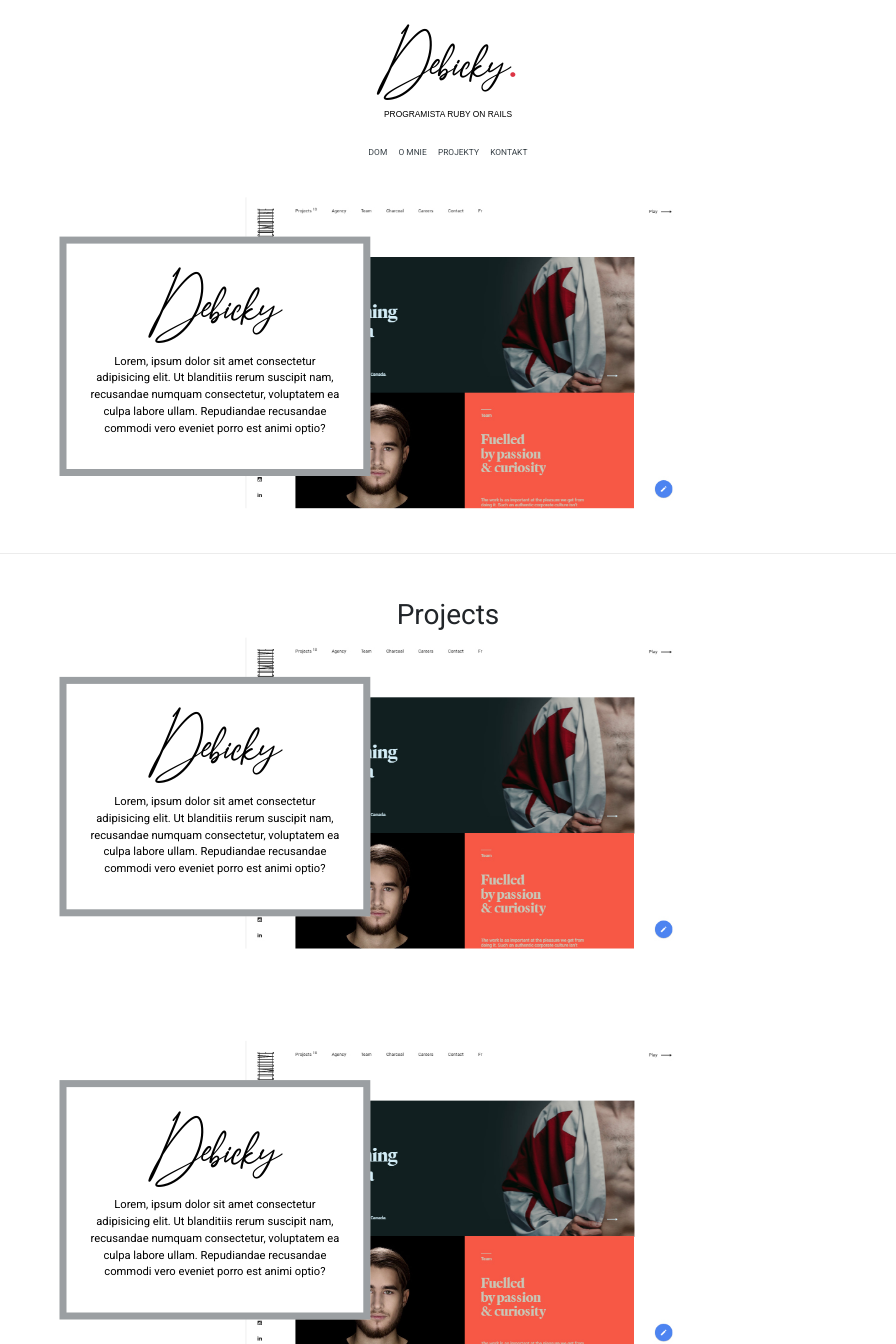
Repository: debicky/debicky.github.io
Page: index.html
An editor plug-in stored every save of this project. The page is shown before and after the next save, followed by the edit.
The browser window is 1280 px wide. The pictures show the part of the page from y = 0 to 1920 px (the page is 3491 px tall), at 70% of full size.
Some web fonts or font styles are not loaded; a fallback is used. Some web libraries are served in a nearby version.

Above is the page before, as saved 2020-06-10 12:34:20.

### index.html
<!DOCTYPE html>
<html lang="en">
<head>
  <meta charset="UTF-8">
  <meta name="viewport" content="width=device-width, initial-scale=1.0">
  <title>Debicky</title>
  <link rel="stylesheet" href="https://stackpath.bootstrapcdn.com/bootstrap/4.5.0/css/bootstrap.min.css" integrity="sha384-9aIt2nRpC12Uk9gS9baDl411NQApFmC26EwAOH8WgZl5MYYxFfc+NcPb1dKGj7Sk" crossorigin="anonymous">
  <link rel="stylesheet" href="https://cdnjs.cloudflare.com/ajax/libs/font-awesome/5.11.2/css/all.min.css">
  <link rel="stylesheet" href="styles.css">
</head>
<body>


  <header>
    <a href="index.html">
      <div class="signature">
        <h5 class="signature-heading">Debicky<span class="text-danger font-weight-bolder">.</span></h5>
        <h3 class="signature-subhead">Programista Ruby on Rails</h3>
      </div>
    </a>
  </header>

  <div class="container">
    <nav class="navbar navbar-expand-md p-0 rounded">
      <button class="navbar-toggler" type="button" data-toggle="collapse" data-target="#navbarSupportedContent" aria-controls="navbarSupportedContent" aria-expanded="false" aria-label="Toggle navigation">
        <i class="fas fa-bars"></i>
        <i class="fas fa-times"></i>
      </button>

      <div class="collapse navbar-collapse d-md-flex justify-content-center" id="navbarSupportedContent">
        <ul class="navbar-nav">
          <li class="nav-item active">
            <a class="nav-link" href="index.html">Dom</a>
          </li>
          <li class="nav-item">
            <a class="nav-link" href="#">O mnie</a>
          </li>
          <li class="nav-item">
            <a class="nav-link" href="#">Projekty</a>
          </li>
          <li class="nav-item">
            <a class="nav-link" href="#">Kontakt</a>
          </li>
        </ul>
      </div>
    </nav>
  </div>

  <section class="about py-5">
    <div class="container">
      <div class="about-content">
        <div class="about-description">
          <div class="signature">
            <h5 class="signature-heading">Debicky</h5>
            <p>Lorem, ipsum dolor sit amet consectetur adipisicing elit. Ut blanditiis rerum suscipit nam, recusandae numquam consectetur, voluptatem ea culpa labore ullam. Repudiandae recusandae commodi vero eveniet porro est animi optio?</p>
          </div>
        </div>
        <div class="about-image">
          <a href="/images/1.jpeg">
            <img src="/images/2.jpeg" alt="img1">
          </a>
        </div>
      </div>
    </div>
  </section>

  <hr>

  <section class="projects py-5">
    <div class="container">
      <h1 class="text-center">Projects</h1>

      <div class="project-1">
        <div class="about-content">
          <div class="about-description">
            <div class="signature">
              <h5 class="signature-heading">Debicky</h5>
              <p>Lorem, ipsum dolor sit amet consectetur adipisicing elit. Ut blanditiis rerum suscipit nam, recusandae numquam consectetur, voluptatem ea culpa labore ullam. Repudiandae recusandae commodi vero eveniet porro est animi optio?</p>
            </div>
          </div>
          <div class="about-image">
            <a href="/images/1.jpeg">
              <img src="/images/2.jpeg" alt="img1">
            </a>
          </div>
        </div>
      </div>
      <div class="project-1">
        <div class="about-content">
          <div class="about-description">
            <div class="signature">
              <h5 class="signature-heading">Debicky</h5>
              <p>Lorem, ipsum dolor sit amet consectetur adipisicing elit. Ut blanditiis rerum suscipit nam, recusandae numquam consectetur, voluptatem ea culpa labore ullam. Repudiandae recusandae commodi vero eveniet porro est animi optio?</p>
            </div>
          </div>
          <div class="about-image">
            <a href="/images/1.jpeg">
              <img src="/images/2.jpeg" alt="img1">
            </a>
          </div>
        </div>
      </div>
      <div class="project-1">
        <div class="about-content">
          <div class="about-description">
            <div class="signature">
              <h5 class="signature-heading">Debicky</h5>
              <p>Lorem, ipsum dolor sit amet consectetur adipisicing elit. Ut blanditiis rerum suscipit nam, recusandae numquam consectetur, voluptatem ea culpa labore ullam. Repudiandae recusandae commodi vero eveniet porro est animi optio?</p>
            </div>
          </div>
          <div class="about-image">
            <a href="/images/1.jpeg">
              <img src="/images/2.jpeg" alt="img1">
            </a>
          </div>
        </div>
      </div>
      <div class="project-1">
        <div class="about-content">
          <div class="about-description">
            <div class="signature">
              <h5 class="signature-heading">Debicky</h5>
              <p>Lorem, ipsum dolor sit amet consectetur adipisicing elit. Ut blanditiis rerum suscipit nam, recusandae numquam consectetur, voluptatem ea culpa labore ullam. Repudiandae recusandae commodi vero eveniet porro est animi optio?</p>
            </div>
          </div>
          <div class="about-image">
            <a href="/images/1.jpeg">
              <img src="/images/2.jpeg" alt="img1">
            </a>
          </div>
        </div>
      </div>

    </div>
  </section>


  <footer class="py-5">
    <div class="container">
      <div class="row">
        <div class="col-12 col-md-5 col-lg-4 mb-5 mb-md-0">
          <a href="index.html">
            <div class="signature-footer">
              <h5 class="signature-footer-heading">Debicky<span class="text-danger font-weight-bolder">.</span></h5>
              <h3 class="signature-footer-subhead">Programista Ruby on Rails</h3>
            </div>
          </a>
          <small class="d-block mt-2 text-muted">&copy; 2020</small>
        </div>
        <div class="col-12 col-md-5 col-lg-4 mb-5 mb-md-0">
          <h5 class="text-uppercase">Media</h5>
          <ul class="list-unstyled mb-0">
            <li>
              <a href="https://www.facebook.com/artur.debicki.5" class="text-muted">Facebook</a>
            </li>
            <li>
              <a href="https://www.instagram.com/debicky" class="text-muted">Instagram</a>
            </li>
            <li>
              <a href="https://github.com/debicky" class="text-muted">Github</a>
            </li>
          </ul>
        </div>
        <div class="col-12 col-md-5 col-lg-4">
          <h5 class="text-uppercase">Kontakt</h5>
              <ul class="list-unstyled text-small mb-0">
                <li>
                  <a href="mailto:arturd444@gmail.com" class="text-muted">arturd444@gmail.com</a>
                </li>
                <li>
                  <p class="text-muted">+48 692 138 221</p>
                </li>
              </ul>
        </div>
      </div>
    </div>
  </footer>



  <script src="https://code.jquery.com/jquery-3.5.1.slim.min.js" integrity="sha384-DfXdz2htPH0lsSSs5nCTpuj/zy4C+OGpamoFVy38MVBnE+IbbVYUew+OrCXaRkfj" crossorigin="anonymous"></script>
  <script src="https://cdn.jsdelivr.net/npm/popper.js@1.16.0/dist/umd/popper.min.js" integrity="sha384-Q6E9RHvbIyZFJoft+2mJbHaEWldlvI9IOYy5n3zV9zzTtmI3UksdQRVvoxMfooAo" crossorigin="anonymous"></script>
  <script src="https://stackpath.bootstrapcdn.com/bootstrap/4.5.0/js/bootstrap.min.js" integrity="sha384-OgVRvuATP1z7JjHLkuOU7Xw704+h835Lr+6QL9UvYjZE3Ipu6Tp75j7Bh/kR0JKI" crossorigin="anonymous"></script>
  <script src="script.js"></script>

</body>
</html>

### styles.css
@import url('https://fonts.googleapis.com/css?family=Playfair+Display+SC|Roboto:300,400&display=swap');

@font-face {
  font-family: "AmostelySignature";
  src: url("/fonts/AmostelySignature.ttf");
  }

body, html {
  font-family: "Roboto", sans-serif;
}

a:hover {
  text-decoration: none;;
}

/* Heading & nav  */

header{
  height: 200px;
  width: 100%;
  display: flex;
  align-items: center;
  justify-content: center;
}

.signature{
  color: black;
  text-align: center;
  user-select: none;
}


.signature-heading{
  font-family: 'AmostelySignature', cursive;
  font-size: 80px;
  margin-bottom: 30px;
}

.signature-subhead{
  font-family: 'Playfair Display SC', sans-serif;
  font-size: 12px;
  text-transform: uppercase;
  margin-bottom: 0;
}

.navbar{
  background-color: #384147;
}

.navbar-toggler i{
  color: #fff;
  font-size: 25px;
}

.navbar-toggler .fa-times{
  display: none;
}

.navbar-toggler.menu-open  .fa-bars{
  display: none;
}

.navbar-toggler.menu-open  .fa-times{
  display: block;
}

.navbar-nav{
  padding: 20px;
}

.nav-link{
  color: #fff;
  text-transform: uppercase;
  transition: opacity .5s;
  font-size: 12px;
}

.nav-link:hover{
  color: maroon;
}

/* About */

.about-content{
  display: flex;
  flex-direction: column;
}

.about-description{
  width: 100%;
  background-color: #fff;
  padding: 40px;
  outline: 5px solid rgba(56, 65, 71, 0.5);
  outline-offset: -5px;
  order: 2;
  margin-top: 5px;
}

.about-image{
  order: 1;
}

.about-image img{
  width: 100%;
  height: auto;
  display: block;
}

.about-image a::after{
  font-family: 'Font Awesome 5 Free';
  content: "\f35d";
  font-weight: 600;
  position: absolute;
  top: 50%;
  left: 50%;
  transform: translate(-50%, -50%);
  color: maroon;
  font-size: 25px;
  z-index: 101;
  width: 70px;
  height: 70px;
  border: 3px solid #fff;
  border-radius: 100%;
  display: flex;
  align-items: center;
  justify-content: center;
  opacity: 0;
  transition: opacity .5s;
}

.about-image a:hover::after{
  opacity: .7;
}


.project-1{
  height: 80vh;
}

/* Footer */


footer {
  background-color: #151515;
}

.signature-footer-heading{
  font-family: 'AmostelySignature', cursive;
  font-size: 50px;
  margin-bottom: 30px;
}

.signature-footer-subhead{
  font-family: 'Playfair Display SC', sans-serif;
  font-size: 12px;
  text-transform: uppercase;
}

footer h5, footer h3{
  color: #fff;
  font-family: 'Playfair Display SC', sans-serif;
}

a.text-muted:hover{
  color: maroon !important;
}


/* Responsive */

@media screen and (min-width: 768px) {
  .navbar{
    background-color: transparent;
  }
  .navbar-nav{
    padding: 0;
  }
  .nav-link{
    color: #384147;
  }

  nav:hover .nav-link:not(:hover){
    opacity: .5;
  }

  .about-content{
    position: relative;
    display: block;
  }

  .about-description{
    position: absolute;
    top: 80%;
    transform: translateY(-50%);
    width: 60%;
    outline-offset: -10px;
  }

  .about-description:nth-child(2){
    position: absolute;
    top: 80%;
    transform: translateY(-50%);
    width: 60%;
    outline-offset: -10px;
  }

  .about-image img{
    width: 70%;
    margin-left: auto;
  }
  .about-image img:nth-child(2){
    width: 70%;
    margin-left: auto;
  }
}

@media screen and (min-width: 1200px) {
  .about-description{
    top: 50%;
    width: 40%;
    outline: 10px solid rgba(56, 65, 71, 0.5);
    offset: -20px;
  }

  .about-description:nth-child(even){
    top: 20%;
    width: 40%;
    outline: 10px solid rgba(56, 65, 71, 0.5);
    offset: -20px;
  }

  .about-image{
    width: 80%;
  }
}

### script.js
$('.navbar-toggler').on('click', function () {
  $(this).toggleClass('menu-open')
})

After the next save:
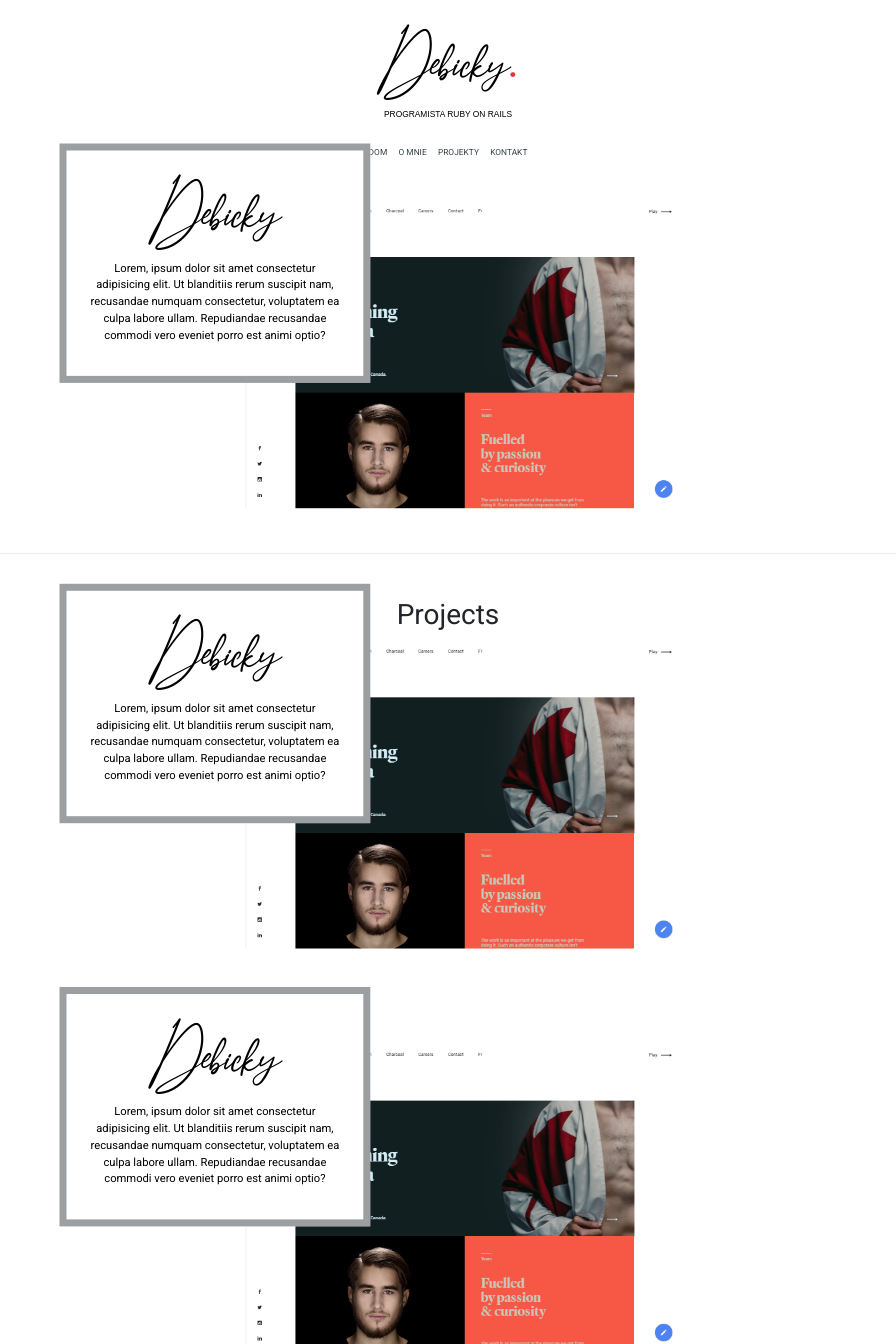
Saved 4 s later.
--- a/styles.css
+++ b/styles.css
@@ -222,7 +222,7 @@ a.text-muted:hover{
     offset: -20px;
   }
 
-  .about-description:nth-child(even){
+  .about-description:nth-child(1){
     top: 20%;
     width: 40%;
     outline: 10px solid rgba(56, 65, 71, 0.5);
